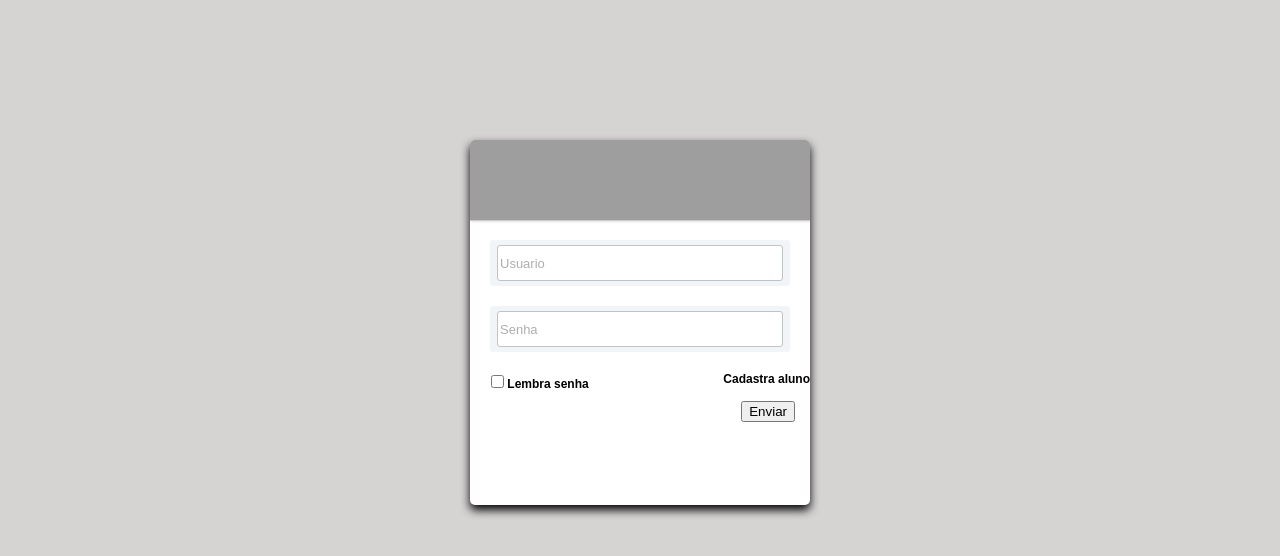
Repository: luisjonson/ProjetoWebAcademia
Page: http://localhost/RepositorioWebProject/Login.jsp
The author's editor kept a copy of each file at every save. The page is drawn from the files as they stood at one save, then again after the next save.
The browser window is 1280 px wide. The pictures show the whole page.
Pictures or frames that could not be fetched are drawn as grey boxes. The page is served by Tomcat 9. Other server files are loaded and not shown.

Above is the page before, as saved 2017-04-10 02:22:21.

### Projeto_Web/RepositorioWebProject/WebContent/Login.jsp
<%@ page language="java" contentType="text/html; charset=utf-8"
	pageEncoding="ISO-8859-1"%>
<!DOCTYPE
 html PUBLIC "-//W3C//DTD HTML 4.01 Transitional//EN" "http://www.w3.org/TR/html4/loose.dtd">
<html>
<head>

</head>

<title>Login</title>

<style type="text/css" >

body {
	background-color: #D6D3D3;
}

#login-box {
	background-color: #ECECEC;
	width: 340px;
	height: 365px;
	margin: 140px auto 0px;
	border-radius: 5px;

}

#login-box-interno {
	width: 340px;
	height: 365px;
	background-color:white;
	position: absolute;
	border-radius: 5px;
	box-shadow: 0px 5px 10px black;
	overflow: hidden;
}

#login-box-label {
	background-color:#D6D3D3;
	height:80px;
	text-align:center;
    font:bold 12px/12px sans-serif;
    border-top-left-radius:5px;
    border-top-right-radius:5px;
    border-bottom:1px solid #cccccc;
    box-shadow:1px 0px 3px #ccc4c5;
}

#imagens{
	max-width: 800px;
}

.input-div{

	margin: 20px;
	padding: 5px;
   background-color:#f2f5f7;

	border-radius: 3px;
}

.input-div input{

	width: 280px;
	height: 32px;
	padding-left: 2px;
	font: normal 13px sans-serif;
	color: #aeaeae;
	border-radius: 3px;
	border: 1px solid #bfc4c6;
    outline:none;
}

.input-div:hover{
	background-color: #8C8C8A;
}

.input-div:hover input{
	border-color: #797B79
}
.input-senha{
  margin-top:-10px;
  }

  #botoes{
    width:300px;
    margin-left:10px;
  }

  #lembra-senha{
  	float: left; width: 40%;
  }
  #botao{
    float:right;
    padding:5px 15px;
    font:bold 12px sans-serif;
    border-radius:20px;
    text-shadow:0px 1px 0px white;

  }

  #CadastraAluno{
    font:bold 12px sans-serif;
     float:right;
     margin-left: right;
  }

</style>
<body>
	<div id="login-box">

		<div id="login-box-interno">

			<div id="login-box-label">

				<div id=imagens><img alt="Smart Fit" src="C:\Users\nano\workspace\ProjetoWebAcademia\Projeto_Web\RepositorioWebProject\WebContent\Imagem\Smart.png" width="340" height="80"/></div>

				<div class="input-div" id="input-usuario">
					<input type="text" value="Usuario">
				</div>

				<div class="input-div" id="input-senha">
					<input type="text" value="Senha">
				</div>

                  <div id="lembra-senha"><input type="checkbox"/>Lembra senha</div>
                  <div id="CadastraAluno">Cadastra aluno</div><br><br>
                    <div id="botao" ><input type="submit" name="enviar" value="Enviar"></div>


              </div>
         </div>
	</div>




</body>
</html>

After the next save:
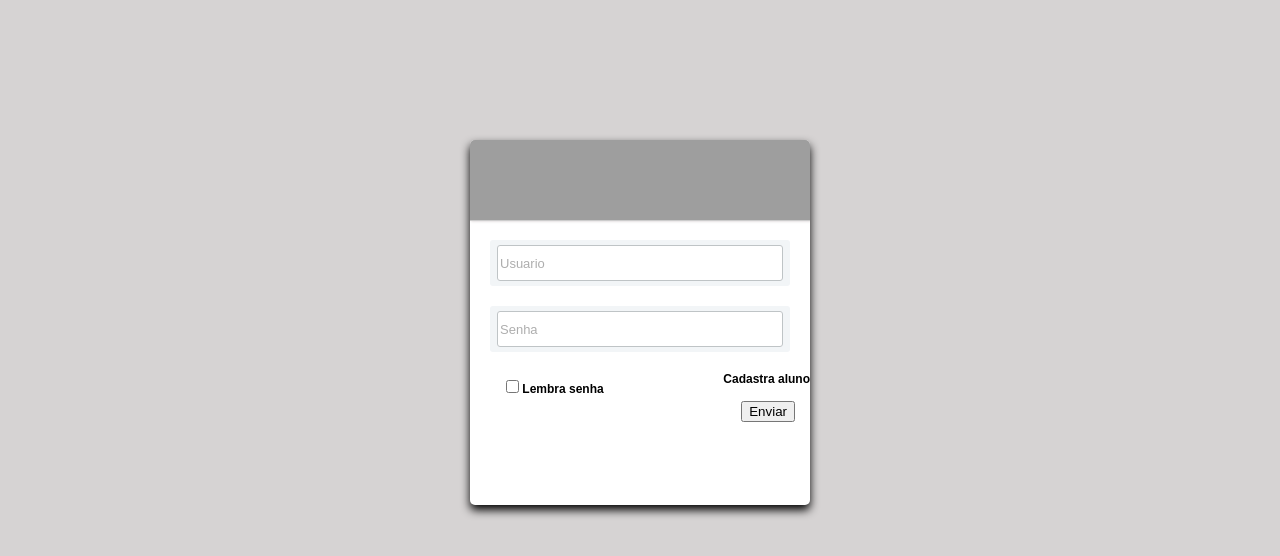
Saved 42 s later.
--- a/Projeto_Web/RepositorioWebProject/WebContent/Login.jsp
+++ b/Projeto_Web/RepositorioWebProject/WebContent/Login.jsp
@@ -88,6 +88,10 @@ body {
 
   #lembra-senha{
   	float: left; width: 40%;
+  	 padding:5px 15px;
+    font:bold 12px sans-serif;
+    border-radius:20px;
+    text-shadow:0px 1px 0px white;
   }
   #botao{
     float:right;
